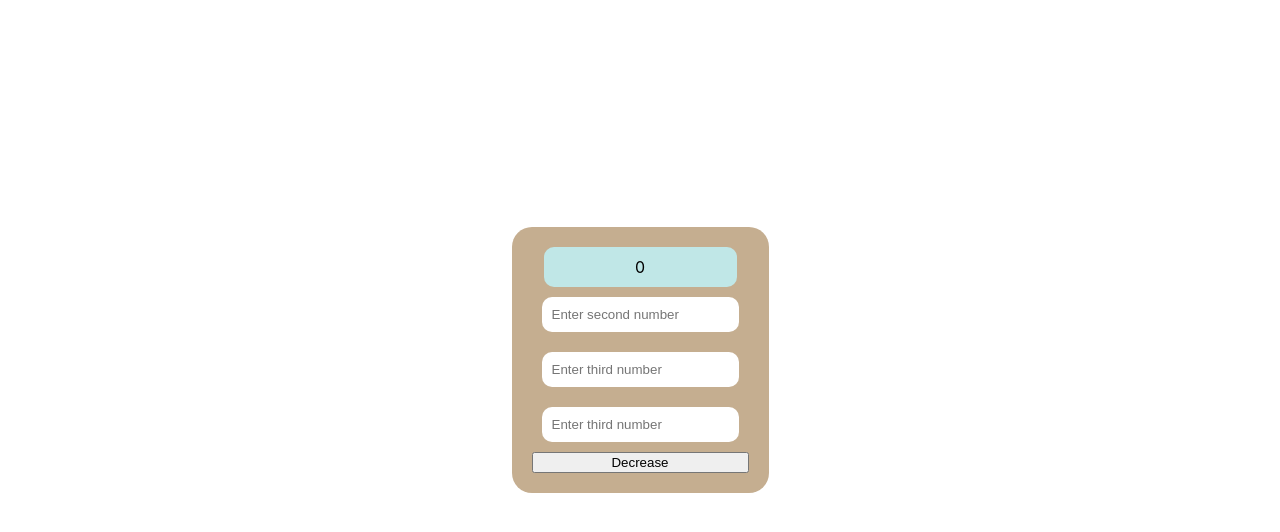
Repository: purnimapatel/SI-calculator
Page: /
These files come from the project's save history. The page is drawn as it stood at one moment and after the next save; the edit follows.
The browser window is 1280 px wide. The pictures show the whole page.
The project was rebuilt for these pictures with package versions that can differ from the ones it lists, and the page was loaded fresh each time.

Above is the page before, as saved 2024-08-26 11:38:55.

After the next save:
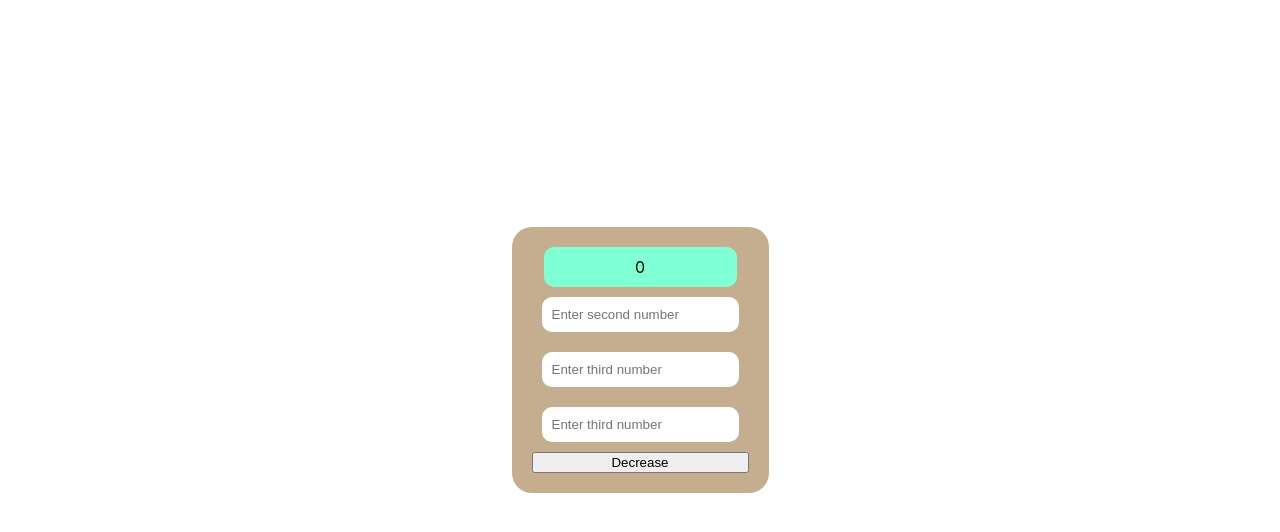
Saved 17 s later.
--- a/src/App.css
+++ b/src/App.css
@@ -28,7 +28,7 @@
   justify-content: center;
   margin:0px 12px;
   padding:10px 0px;
-  background-color:rgb(192, 231, 231);
+  background-color:aquamarine;
   border-radius:10px;
 
 }
